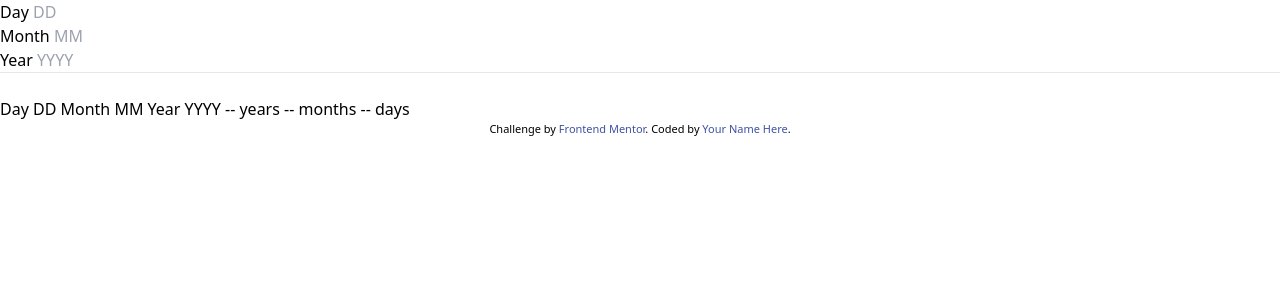
Repository: blordeus/age-calculator-app-main
Page: index.html
These files come from the project's save history. The page is drawn as it stood at one moment and after a run of saves; the edit follows.
The browser window is 1280 px wide. The pictures show the whole page.

Above is the page before, as saved 2023-08-25 19:52:26.

### index.html
<!DOCTYPE html>
<html lang="en">
<head>
  <meta charset="UTF-8">
  <meta name="viewport" content="width=device-width, initial-scale=1.0"> <!-- displays site properly based on user's device -->

  <link rel="icon" type="image/png" sizes="32x32" href="./assets/images/favicon-32x32.png">
  <link rel="stylesheet" href="style.css">
  <link rel="stylesheet" href="./dist/output.css">
  <title>Frontend Mentor | Age calculator app</title>

</head>
<body>
  <div class="card">
    <div class="card-container">
      <form>
        <div class="form_container">
          <div class="block">
            <label for="day">Day</label>
            <input type="text" id="day" placeholder="DD">
            <small></small>
          </div>
          <div class="block">
            <label for="month">Month</label>
            <input type="text" id="month" placeholder="MM">
            <small></small>
          </div>
          <div class="block">
            <label for="year">Year</label>
            <input type="text" id="year" placeholder="YYYY">
            <small></small>
          </div>
          <div class="submit_block">
            <hr>
            <button type="submit" class="submit_btn"></button>
          </div>
        </div>
      </form>
    </div>
  </div>

  Day
  DD

  Month
  MM

  Year
  YYYY

  -- years
  -- months
  -- days

  <div class="attribution">
    Challenge by <a rel="noopener" href="https://www.frontendmentor.io?ref=challenge" target="_blank">Frontend Mentor</a>.
    Coded by <a href="#">Your Name Here</a>.
  </div>

  <script class="script.js"></script>
</body>
</html>

### style.css
  @import url('https://fonts.googleapis.com/css2?family=Manrope:wght@800&display=swap');

  .attribution { font-size: 11px; text-align: center; }
  .attribution a { color: hsl(228, 45%, 44%); }

### dist/output.css
/*
! tailwindcss v3.3.3 | MIT License | https://tailwindcss.com
*/

/*
1. Prevent padding and border from affecting element width. (https://github.com/mozdevs/cssremedy/issues/4)
2. Allow adding a border to an element by just adding a border-width. (https://github.com/tailwindcss/tailwindcss/pull/116)
*/

*,
::before,
::after {
  box-sizing: border-box;
  /* 1 */
  border-width: 0;
  /* 2 */
  border-style: solid;
  /* 2 */
  border-color: #e5e7eb;
  /* 2 */
}

::before,
::after {
  --tw-content: '';
}

/*
1. Use a consistent sensible line-height in all browsers.
2. Prevent adjustments of font size after orientation changes in iOS.
3. Use a more readable tab size.
4. Use the user's configured `sans` font-family by default.
5. Use the user's configured `sans` font-feature-settings by default.
6. Use the user's configured `sans` font-variation-settings by default.
*/

html {
  line-height: 1.5;
  /* 1 */
  -webkit-text-size-adjust: 100%;
  /* 2 */
  -moz-tab-size: 4;
  /* 3 */
  -o-tab-size: 4;
     tab-size: 4;
  /* 3 */
  font-family: ui-sans-serif, system-ui, -apple-system, BlinkMacSystemFont, "Segoe UI", Roboto, "Helvetica Neue", Arial, "Noto Sans", sans-serif, "Apple Color Emoji", "Segoe UI Emoji", "Segoe UI Symbol", "Noto Color Emoji";
  /* 4 */
  font-feature-settings: normal;
  /* 5 */
  font-variation-settings: normal;
  /* 6 */
}

/*
1. Remove the margin in all browsers.
2. Inherit line-height from `html` so users can set them as a class directly on the `html` element.
*/

body {
  margin: 0;
  /* 1 */
  line-height: inherit;
  /* 2 */
}

/*
1. Add the correct height in Firefox.
2. Correct the inheritance of border color in Firefox. (https://bugzilla.mozilla.org/show_bug.cgi?id=190655)
3. Ensure horizontal rules are visible by default.
*/

hr {
  height: 0;
  /* 1 */
  color: inherit;
  /* 2 */
  border-top-width: 1px;
  /* 3 */
}

/*
Add the correct text decoration in Chrome, Edge, and Safari.
*/

abbr:where([title]) {
  -webkit-text-decoration: underline dotted;
          text-decoration: underline dotted;
}

/*
Remove the default font size and weight for headings.
*/

h1,
h2,
h3,
h4,
h5,
h6 {
  font-size: inherit;
  font-weight: inherit;
}

/*
Reset links to optimize for opt-in styling instead of opt-out.
*/

a {
  color: inherit;
  text-decoration: inherit;
}

/*
Add the correct font weight in Edge and Safari.
*/

b,
strong {
  font-weight: bolder;
}

/*
1. Use the user's configured `mono` font family by default.
2. Correct the odd `em` font sizing in all browsers.
*/

code,
kbd,
samp,
pre {
  font-family: ui-monospace, SFMono-Regular, Menlo, Monaco, Consolas, "Liberation Mono", "Courier New", monospace;
  /* 1 */
  font-size: 1em;
  /* 2 */
}

/*
Add the correct font size in all browsers.
*/

small {
  font-size: 80%;
}

/*
Prevent `sub` and `sup` elements from affecting the line height in all browsers.
*/

sub,
sup {
  font-size: 75%;
  line-height: 0;
  position: relative;
  vertical-align: baseline;
}

sub {
  bottom: -0.25em;
}

sup {
  top: -0.5em;
}

/*
1. Remove text indentation from table contents in Chrome and Safari. (https://bugs.chromium.org/p/chromium/issues/detail?id=999088, https://bugs.webkit.org/show_bug.cgi?id=201297)
2. Correct table border color inheritance in all Chrome and Safari. (https://bugs.chromium.org/p/chromium/issues/detail?id=935729, https://bugs.webkit.org/show_bug.cgi?id=195016)
3. Remove gaps between table borders by default.
*/

table {
  text-indent: 0;
  /* 1 */
  border-color: inherit;
  /* 2 */
  border-collapse: collapse;
  /* 3 */
}

/*
1. Change the font styles in all browsers.
2. Remove the margin in Firefox and Safari.
3. Remove default padding in all browsers.
*/

button,
input,
optgroup,
select,
textarea {
  font-family: inherit;
  /* 1 */
  font-feature-settings: inherit;
  /* 1 */
  font-variation-settings: inherit;
  /* 1 */
  font-size: 100%;
  /* 1 */
  font-weight: inherit;
  /* 1 */
  line-height: inherit;
  /* 1 */
  color: inherit;
  /* 1 */
  margin: 0;
  /* 2 */
  padding: 0;
  /* 3 */
}

/*
Remove the inheritance of text transform in Edge and Firefox.
*/

button,
select {
  text-transform: none;
}

/*
1. Correct the inability to style clickable types in iOS and Safari.
2. Remove default button styles.
*/

button,
[type='button'],
[type='reset'],
[type='submit'] {
  -webkit-appearance: button;
  /* 1 */
  background-color: transparent;
  /* 2 */
  background-image: none;
  /* 2 */
}

/*
Use the modern Firefox focus style for all focusable elements.
*/

:-moz-focusring {
  outline: auto;
}

/*
Remove the additional `:invalid` styles in Firefox. (https://github.com/mozilla/gecko-dev/blob/2f9eacd9d3d995c937b4251a5557d95d494c9be1/layout/style/res/forms.css#L728-L737)
*/

:-moz-ui-invalid {
  box-shadow: none;
}

/*
Add the correct vertical alignment in Chrome and Firefox.
*/

progress {
  vertical-align: baseline;
}

/*
Correct the cursor style of increment and decrement buttons in Safari.
*/

::-webkit-inner-spin-button,
::-webkit-outer-spin-button {
  height: auto;
}

/*
1. Correct the odd appearance in Chrome and Safari.
2. Correct the outline style in Safari.
*/

[type='search'] {
  -webkit-appearance: textfield;
  /* 1 */
  outline-offset: -2px;
  /* 2 */
}

/*
Remove the inner padding in Chrome and Safari on macOS.
*/

::-webkit-search-decoration {
  -webkit-appearance: none;
}

/*
1. Correct the inability to style clickable types in iOS and Safari.
2. Change font properties to `inherit` in Safari.
*/

::-webkit-file-upload-button {
  -webkit-appearance: button;
  /* 1 */
  font: inherit;
  /* 2 */
}

/*
Add the correct display in Chrome and Safari.
*/

summary {
  display: list-item;
}

/*
Removes the default spacing and border for appropriate elements.
*/

blockquote,
dl,
dd,
h1,
h2,
h3,
h4,
h5,
h6,
hr,
figure,
p,
pre {
  margin: 0;
}

fieldset {
  margin: 0;
  padding: 0;
}

legend {
  padding: 0;
}

ol,
ul,
menu {
  list-style: none;
  margin: 0;
  padding: 0;
}

/*
Reset default styling for dialogs.
*/

dialog {
  padding: 0;
}

/*
Prevent resizing textareas horizontally by default.
*/

textarea {
  resize: vertical;
}

/*
1. Reset the default placeholder opacity in Firefox. (https://github.com/tailwindlabs/tailwindcss/issues/3300)
2. Set the default placeholder color to the user's configured gray 400 color.
*/

input::-moz-placeholder, textarea::-moz-placeholder {
  opacity: 1;
  /* 1 */
  color: #9ca3af;
  /* 2 */
}

input::placeholder,
textarea::placeholder {
  opacity: 1;
  /* 1 */
  color: #9ca3af;
  /* 2 */
}

/*
Set the default cursor for buttons.
*/

button,
[role="button"] {
  cursor: pointer;
}

/*
Make sure disabled buttons don't get the pointer cursor.
*/

:disabled {
  cursor: default;
}

/*
1. Make replaced elements `display: block` by default. (https://github.com/mozdevs/cssremedy/issues/14)
2. Add `vertical-align: middle` to align replaced elements more sensibly by default. (https://github.com/jensimmons/cssremedy/issues/14#issuecomment-634934210)
   This can trigger a poorly considered lint error in some tools but is included by design.
*/

img,
svg,
video,
canvas,
audio,
iframe,
embed,
object {
  display: block;
  /* 1 */
  vertical-align: middle;
  /* 2 */
}

/*
Constrain images and videos to the parent width and preserve their intrinsic aspect ratio. (https://github.com/mozdevs/cssremedy/issues/14)
*/

img,
video {
  max-width: 100%;
  height: auto;
}

/* Make elements with the HTML hidden attribute stay hidden by default */

[hidden] {
  display: none;
}

*, ::before, ::after {
  --tw-border-spacing-x: 0;
  --tw-border-spacing-y: 0;
  --tw-translate-x: 0;
  --tw-translate-y: 0;
  --tw-rotate: 0;
  --tw-skew-x: 0;
  --tw-skew-y: 0;
  --tw-scale-x: 1;
  --tw-scale-y: 1;
  --tw-pan-x:  ;
  --tw-pan-y:  ;
  --tw-pinch-zoom:  ;
  --tw-scroll-snap-strictness: proximity;
  --tw-gradient-from-position:  ;
  --tw-gradient-via-position:  ;
  --tw-gradient-to-position:  ;
  --tw-ordinal:  ;
  --tw-slashed-zero:  ;
  --tw-numeric-figure:  ;
  --tw-numeric-spacing:  ;
  --tw-numeric-fraction:  ;
  --tw-ring-inset:  ;
  --tw-ring-offset-width: 0px;
  --tw-ring-offset-color: #fff;
  --tw-ring-color: rgb(59 130 246 / 0.5);
  --tw-ring-offset-shadow: 0 0 #0000;
  --tw-ring-shadow: 0 0 #0000;
  --tw-shadow: 0 0 #0000;
  --tw-shadow-colored: 0 0 #0000;
  --tw-blur:  ;
  --tw-brightness:  ;
  --tw-contrast:  ;
  --tw-grayscale:  ;
  --tw-hue-rotate:  ;
  --tw-invert:  ;
  --tw-saturate:  ;
  --tw-sepia:  ;
  --tw-drop-shadow:  ;
  --tw-backdrop-blur:  ;
  --tw-backdrop-brightness:  ;
  --tw-backdrop-contrast:  ;
  --tw-backdrop-grayscale:  ;
  --tw-backdrop-hue-rotate:  ;
  --tw-backdrop-invert:  ;
  --tw-backdrop-opacity:  ;
  --tw-backdrop-saturate:  ;
  --tw-backdrop-sepia:  ;
}

::backdrop {
  --tw-border-spacing-x: 0;
  --tw-border-spacing-y: 0;
  --tw-translate-x: 0;
  --tw-translate-y: 0;
  --tw-rotate: 0;
  --tw-skew-x: 0;
  --tw-skew-y: 0;
  --tw-scale-x: 1;
  --tw-scale-y: 1;
  --tw-pan-x:  ;
  --tw-pan-y:  ;
  --tw-pinch-zoom:  ;
  --tw-scroll-snap-strictness: proximity;
  --tw-gradient-from-position:  ;
  --tw-gradient-via-position:  ;
  --tw-gradient-to-position:  ;
  --tw-ordinal:  ;
  --tw-slashed-zero:  ;
  --tw-numeric-figure:  ;
  --tw-numeric-spacing:  ;
  --tw-numeric-fraction:  ;
  --tw-ring-inset:  ;
  --tw-ring-offset-width: 0px;
  --tw-ring-offset-color: #fff;
  --tw-ring-color: rgb(59 130 246 / 0.5);
  --tw-ring-offset-shadow: 0 0 #0000;
  --tw-ring-shadow: 0 0 #0000;
  --tw-shadow: 0 0 #0000;
  --tw-shadow-colored: 0 0 #0000;
  --tw-blur:  ;
  --tw-brightness:  ;
  --tw-contrast:  ;
  --tw-grayscale:  ;
  --tw-hue-rotate:  ;
  --tw-invert:  ;
  --tw-saturate:  ;
  --tw-sepia:  ;
  --tw-drop-shadow:  ;
  --tw-backdrop-blur:  ;
  --tw-backdrop-brightness:  ;
  --tw-backdrop-contrast:  ;
  --tw-backdrop-grayscale:  ;
  --tw-backdrop-hue-rotate:  ;
  --tw-backdrop-invert:  ;
  --tw-backdrop-opacity:  ;
  --tw-backdrop-saturate:  ;
  --tw-backdrop-sepia:  ;
}

.block {
  display: block;
}

.content-\[attr\(data-content\)\] {
  --tw-content: attr(data-content);
  content: var(--tw-content);
}

After the next 7 saves:
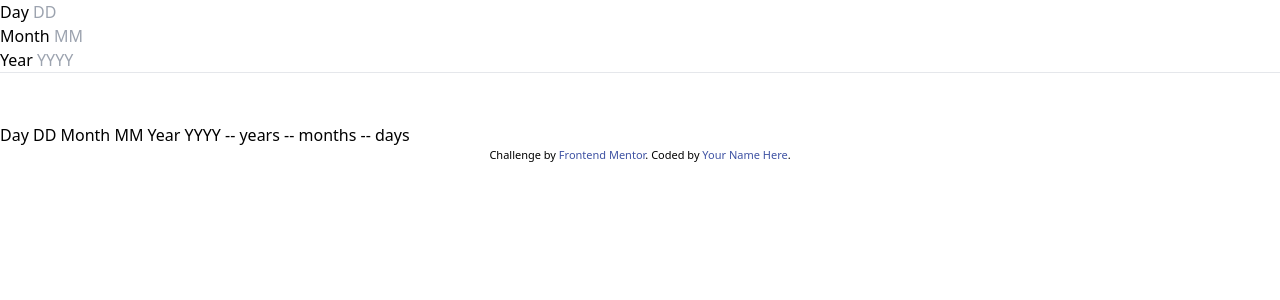
The 7 saves are shown as one change because they came seconds apart.
The last was saved 24 s later.
--- a/index.html
+++ b/index.html
@@ -32,7 +32,9 @@
           </div>
           <div class="submit_block">
             <hr>
-            <button type="submit" class="submit_btn"></button>
+            <button type="submit" class="submit_btn">
+              <img src="./assets/images/icon-arrow.svg" alt="">
+            </button>
           </div>
         </div>
       </form>
